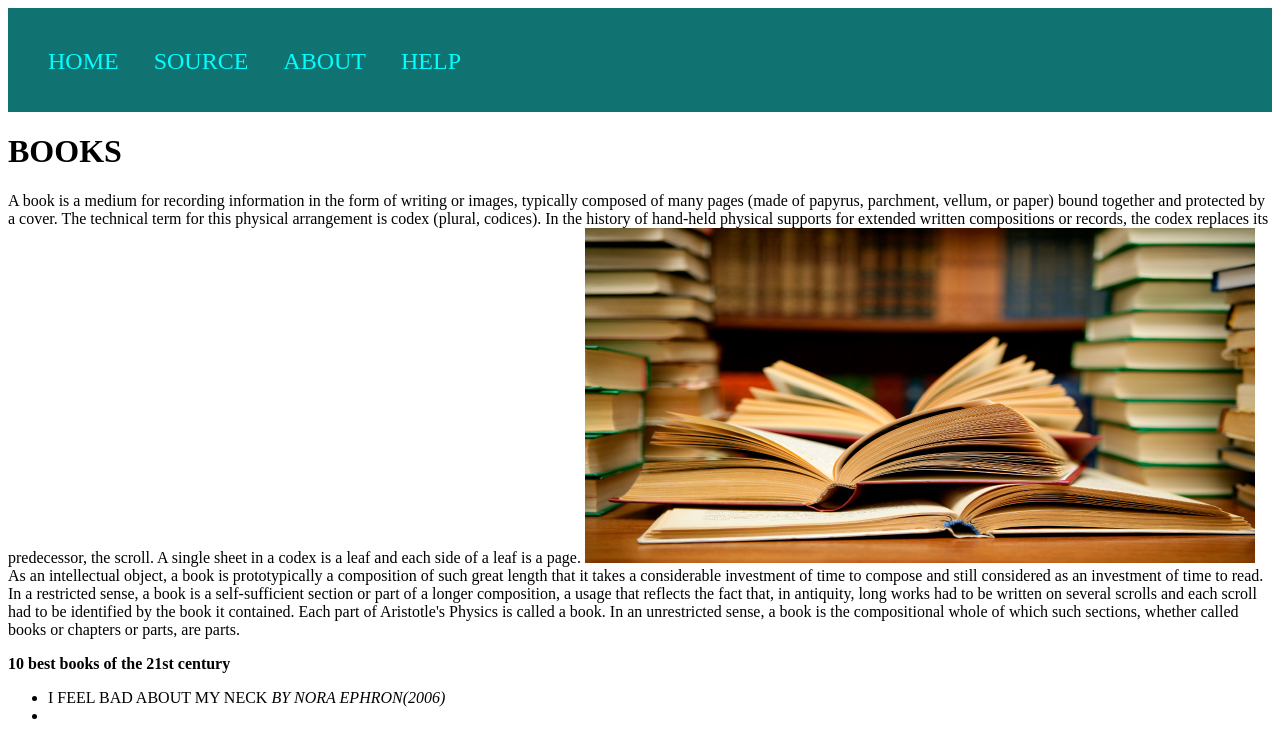
Repository: Hanan-arts/websites
Page: 01 web design/website.html
These files come from the project's save history. The page is drawn as it stood at one moment and after the next save; the edit follows.
The browser window is 1280 px wide. The pictures show the whole page.

Above is the page before, as saved 2021-02-13 21:19:21.

After the next save:
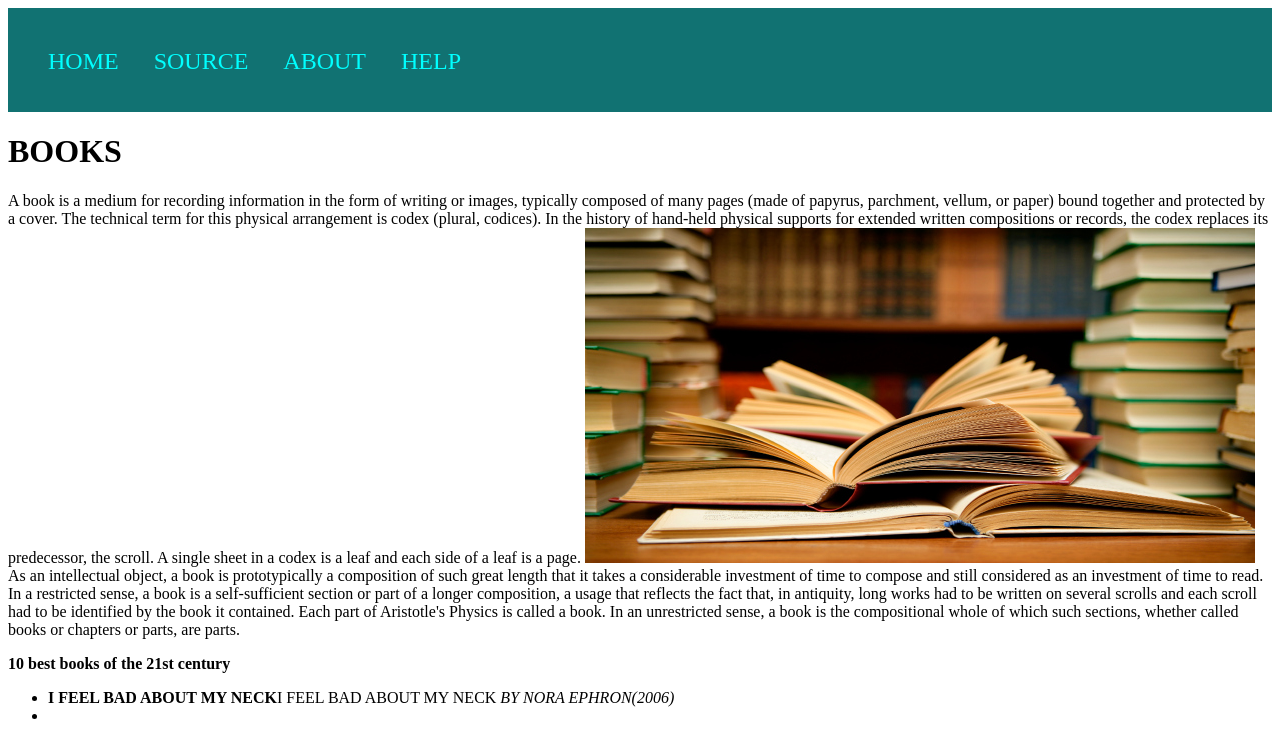
Saved 16 s later.
--- a/01 web design/website.html
+++ b/01 web design/website.html
@@ -51,7 +51,7 @@ are parts.
 <p>
     <div>
         <ul>
-            <li><b></b>I FEEL BAD ABOUT MY NECK <i>BY NORA EPHRON(2006)
+            <li><b>I FEEL BAD ABOUT MY NECK</b>I FEEL BAD ABOUT MY NECK <i>BY NORA EPHRON(2006)
 
             </i></li>
             <li></li>
